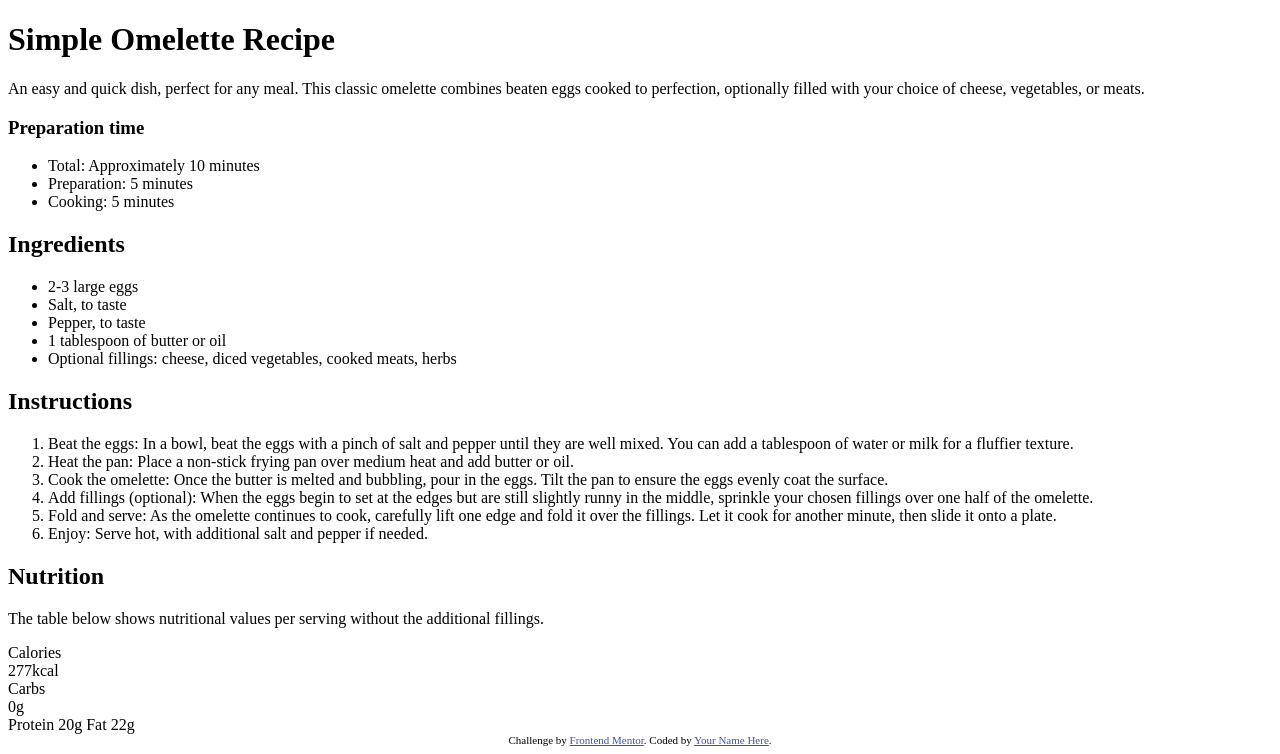
Repository: reemoon-ctrl/mine-recipe-page-main
Page: index.html
These files come from the project's save history. The page is drawn as it stood at one moment and after a run of saves; the edit follows.
The browser window is 1280 px wide. The pictures show the whole page.

Above is the page before, as saved 2024-08-11 12:10:02.

After the next 2 saves:
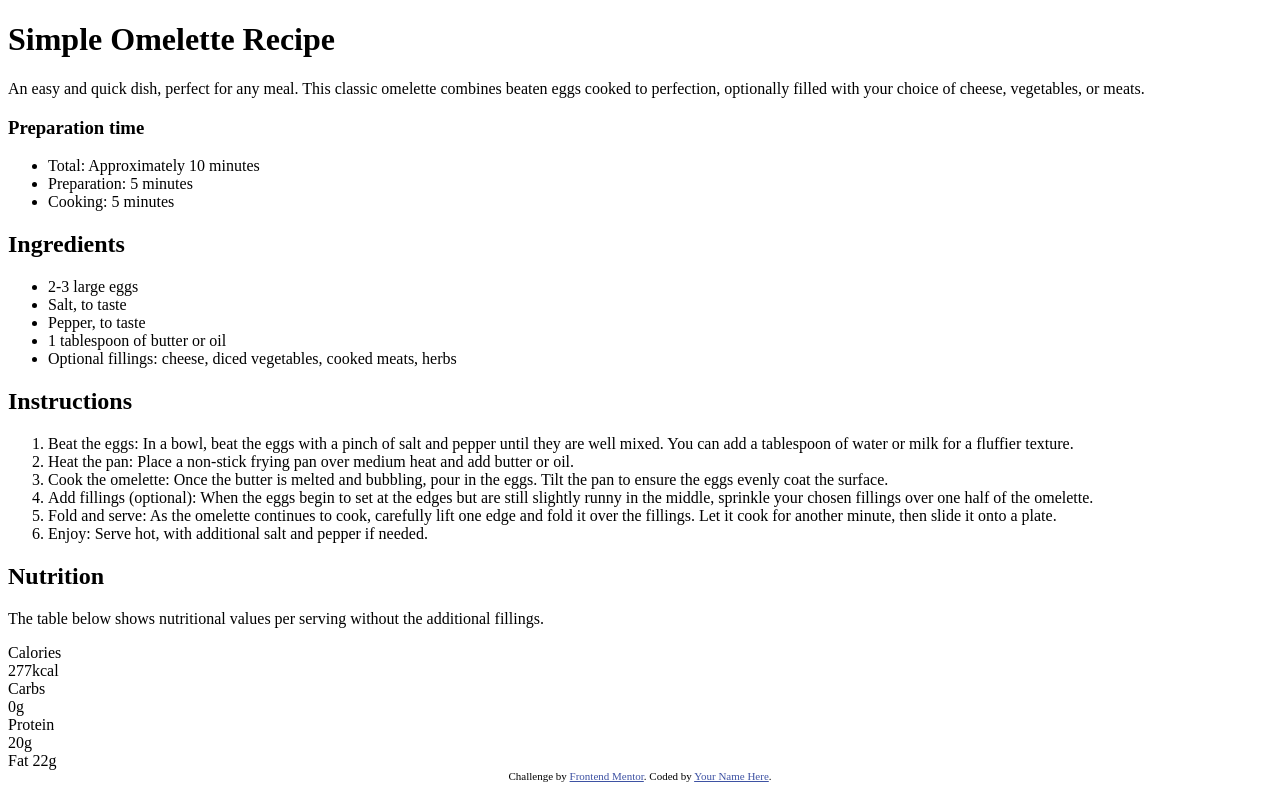
The 2 saves are shown as one change because they came seconds apart.
The last was saved 8 s later.
--- a/index.html
+++ b/index.html
@@ -71,9 +71,9 @@
   <div></div>0g
 
   <div></div>Protein
-  20g
+  <div></div>20g
 
-  Fat
+  <div></div>Fat
   22g
 
   <div class="attribution">
